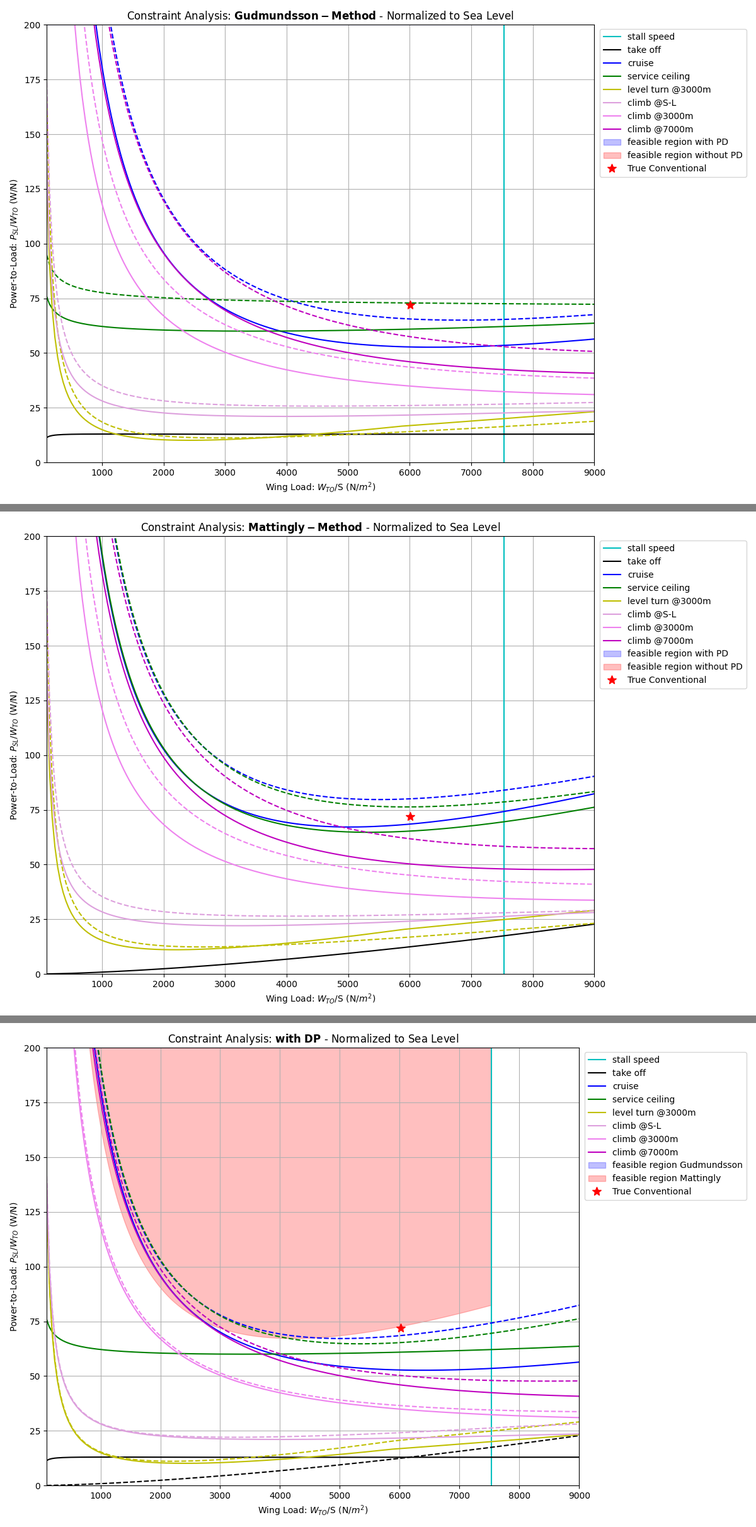
Repository: 12libao/DEA
Script's output: python Sizing_Method/ConstrainsAnalysis/ConstrainsAnalysisPD.py
An editor plug-in stored every save of this project. The script's output is shown before and after a run of saves, followed by the edit.
The pictures are shown at 63% of full size.
Each picture stacks the figures in order, with grey between them; figures that are only written to a file come last. Random numbers start from a fixed seed.

Above is the script's output before, as saved 2021-07-14 16:27:49.

### Sizing_Method/ConstrainsAnalysis/ConstrainsAnalysisPD.py
# author: Bao Li #
# Georgia Institute of Technology #
import sys
import os

sys.path.insert(0, os.getcwd())

import numpy as np
import matplotlib.pylab as plt
import Sizing_Method.Other.US_Standard_Atmosphere_1976 as atm
import Sizing_Method.Aerodynamics.ThrustLapse as thrust_lapse
import Sizing_Method.Aerodynamics.Aerodynamics as ad
import Sizing_Method.ConstrainsAnalysis.ConstrainsAnalysis as ca
from scipy.optimize import curve_fit

"""
The unit use is IS standard
"""
class ConstrainsAnalysis_Mattingly_Method_with_DP:
    """This is a power-based master constraints analysis"""

    def __init__(self, altitude, velocity, beta, wing_load, Hp=0.2, number_of_motor=12, C_DR=0):
        """

        :param beta: weight fraction
        :param Hp: P_motor/P_total
        :param n: number of motor
        :param K1: drag polar coefficient for 2nd order term
        :param K2: drag polar coefficient for 1st order term
        :param C_D0: the drag coefficient at zero lift
        :param C_DR: additional drag caused, for example, by external stores,
        braking parachutes or flaps, or temporary external hardware

        :return:
            power load: P_WTO
        """

        self.h = altitude
        self.v = velocity
        self.rho = atm.atmosphere(geometric_altitude=self.h).density()

        self.beta = beta
        self.hp = Hp
        self.n = number_of_motor

        # power lapse ratio
        self.alpha = thrust_lapse.thrust_lapse_calculation(altitude=self.h,
                                                           velocity=self.v).high_bypass_ratio_turbofan()

        self.k1 = ad.aerodynamics_without_pd(self.h, self.v).K1()
        self.k2 = ad.aerodynamics_without_pd(self.h, self.v).K2()
        self.cd0 = ad.aerodynamics_without_pd(self.h, self.v).CD_0()
        self.cdr = C_DR

        self.w_s = wing_load
        self.g0 = 9.80665

        self.coefficient = (1 - self.hp) * self.beta * self.v / self.alpha

        # Estimation of ΔCL and ΔCD
        pd = ad.aerodynamics_with_pd(self.h, self.v, Hp=self.hp, n=self.n, W_S=self.w_s)
        self.q = 0.5 * self.rho * self.v ** 2
        self.cl = self.beta * self.w_s / self.q
        # print(self.cl)
        self.delta_cl = pd.delta_lift_coefficient(self.cl)
        self.delta_cd0 = pd.delta_CD_0()

    def master_equation(self, n, dh_dt, dV_dt):
        cl = self.cl * n + self.delta_cl

        cd = self.k1 * cl ** 2 + self.k2 * cl + self.cd0 + self.cdr + self.delta_cd0
        p_w = self.coefficient * (self.q / (self.beta * self.w_s) * cd + dh_dt / self.v + dV_dt / self.g0)
        return p_w

    def cruise(self):
        p_w = ConstrainsAnalysis_Mattingly_Method_with_DP.master_equation(self, n=1, dh_dt=0, dV_dt=0)
        return p_w

    def climb(self, roc):
        p_w = ConstrainsAnalysis_Mattingly_Method_with_DP.master_equation(self, n=1, dh_dt=roc, dV_dt=0)
        return p_w

    def level_turn(self, turn_rate=3, v=100):
        """
        assume 2 min for 360 degree turn, which is 3 degree/seconds
        assume turn at 300 knots, which is about 150 m/s
        """
        load_factor = (1 + ((turn_rate * np.pi / 180) * v / self.g0) ** 2) ** 0.5
        p_w = ConstrainsAnalysis_Mattingly_Method_with_DP.master_equation(self, n=load_factor, dh_dt=0, dV_dt=0)
        return p_w

    def take_off(self):
        """
        A320neo take-off speed is about 150 knots, which is about 75 m/s
        required runway length is about 2000 m
        K_TO is a constant greater than one set to 1.2 (generally specified by appropriate flying regulations)
        """
        Cl_max_to = 2.3  # 2.3
        K_TO = 1.2  # V_TO / V_stall
        s_G = 1266
        p_w = 2 / 3 * self.coefficient / self.v * self.beta * K_TO ** 2 / (
                    s_G * self.rho * self.g0 * Cl_max_to) * self.w_s ** (
                      3 / 2)
        return p_w

    def stall_speed(self, V_stall_to=65, Cl_max_to=2.32):
        V_stall_ld = 62
        Cl_max_ld = 2.87

        a = 10
        w_s = 6000
        while a >= 1:
            cl = self.beta * w_s / self.q
            delta_cl = ad.aerodynamics_with_pd(self.h, self.v, Hp=self.hp, n=self.n, W_S=w_s).delta_lift_coefficient(cl)

            W_S_1 = 1 / 2 * self.rho * V_stall_to ** 2 * (Cl_max_to + delta_cl)
            W_S_2 = 1 / 2 * self.rho * V_stall_ld ** 2 * (Cl_max_ld + delta_cl)
            W_S = min(W_S_1, W_S_2)
            a = abs(w_s-W_S)
            w_s = W_S

        return W_S

    def service_ceiling(self, roc=0.5):
        p_w = ConstrainsAnalysis_Mattingly_Method_with_DP.master_equation(self, n=1, dh_dt=roc, dV_dt=0)
        return p_w

    allFuncs = [stall_speed, take_off,  cruise,
                service_ceiling, level_turn, climb]


class ConstrainsAnalysis_Gudmundsson_Method_with_DP:
    """This is a power-based master constraints analysis based on Gudmundsson_method"""

    def __init__(self, altitude, velocity, beta, wing_load, Hp=0.2, number_of_motor=12, e=0.75, AR=10.3):
        """

        :param tau: power fraction of i_th power path
        :param beta: weight fraction
        :param e: wing planform efficiency factor is between 0.75 and 0.85, no more than 1
        :param AR: wing aspect ratio, normally between 7 and 10

        :return:
            power load: P_WTO
        """

        self.h = altitude
        self.v = velocity
        self.beta = beta
        self.w_s = wing_load
        self.g0 = 9.80665

        self.hp = Hp
        self.n = number_of_motor

        self.rho = atm.atmosphere(geometric_altitude=self.h).density()

        # power lapse ratio
        self.alpha = thrust_lapse.thrust_lapse_calculation(altitude=self.h,
                                                           velocity=self.v).high_bypass_ratio_turbofan()
        h = 2.43  # height of winglets
        b = 35.8
        ar_corr = AR * (1 + 1.9 * h / b)  # equation 9-88, If the wing has winglets the aspect ratio should be corrected
        self.k = 1 / (np.pi * ar_corr * e)
        self.coefficient = (1-self.hp) * self.beta * self.v / self.alpha

        # Estimation of ΔCL and ΔCD
        pd = ad.aerodynamics_with_pd(self.h, self.v, Hp=self.hp, n=self.n, W_S=self.w_s)
        self.q = 0.5 * self.rho * self.v ** 2
        cl = self.beta * self.w_s / self.q
        self.delta_cl = pd.delta_lift_coefficient(cl)
        self.delta_cd0 = pd.delta_CD_0()

        # TABLE 3-1 Typical Aerodynamic Characteristics of Selected Classes of Aircraft
        cd_min = 0.02
        cd_to = 0.03
        cl_to = 0.8

        self.v_to = 68
        self.s_g = 1480
        self.mu = 0.04

        self.cd_min = cd_min + self.delta_cd0
        self.cl = cl + self.delta_cl

        self.cd_to = cd_to + self.delta_cd0
        self.cl_to = cl_to + self.delta_cl

    def cruise(self):
        p_w = self.q / self.w_s * (self.cd_min + self.k * self.cl ** 2)
        return p_w * self.coefficient

    def climb(self, roc):
        p_w = roc / self.v + self.q * self.cd_min / self.w_s + self.k * self.cl
        return p_w * self.coefficient

    def level_turn(self, turn_rate=3, v=100):
        """
        assume 2 min for 360 degree turn, which is 3 degree/seconds
        assume turn at 100 m/s
        """
        load_factor = (1 + ((turn_rate * np.pi / 180) * v / self.g0) ** 2) ** 0.5
        q = 0.5 * self.rho * v ** 2
        p_w = q / self.w_s * (self.cd_min + self.k * (load_factor / q * self.w_s + self.delta_cl) ** 2)
        return p_w * self.coefficient

    def take_off(self):
        q = self.q / 2
        p_w = self.v_to ** 2 / (2 * self.g0 * self.s_g) + q * self.cd_to / self.w_s + self.mu * (
                1 - q * self.cl_to / self.w_s)
        return p_w * self.coefficient

    def service_ceiling(self, roc=0.5):
        vy = (2 / self.rho * self.w_s * (self.k / (3 * self.cd_min)) ** 0.5) ** 0.5
        q = 0.5 * self.rho * vy ** 2
        p_w = roc / vy + q / self.w_s * (self.cd_min + self.k * (self.w_s / q + self.delta_cl) ** 2)
        # p_w = roc / (2 / self.rho * self.w_s * (self.k / (3 * self.cd_min)) ** 0.5) ** 0.5 + 4 * (
        #         self.k * self.cd_min / 3) ** 0.5
        return p_w * self.coefficient

    def stall_speed(self, V_stall_to=65, Cl_max_to=2.32):
        V_stall_ld = 62
        Cl_max_ld = 2.87

        a = 10
        w_s = 6000
        while a >= 1:
            cl = self.beta * w_s / self.q
            delta_cl = ad.aerodynamics_with_pd(
                self.h, self.v, Hp=self.hp, n=self.n, W_S=w_s).delta_lift_coefficient(cl)

            W_S_1 = 1 / 2 * self.rho * V_stall_to ** 2 * (Cl_max_to + delta_cl)
            W_S_2 = 1 / 2 * self.rho * V_stall_ld ** 2 * (Cl_max_ld + delta_cl)
            W_S = min(W_S_1, W_S_2)
            a = abs(w_s-W_S)
            w_s = W_S

        return W_S

    allFuncs = [stall_speed, take_off, cruise,
                service_ceiling, level_turn, climb]


if __name__ == "__main__":
    n = 200
    constrains_name = ['stall speed', 'take off',  'cruise', 'service ceiling', 'level turn @3000m',
                       'climb @S-L', 'climb @3000m', 'climb @7000m']
    constrains = np.array([[0, 80, 1], [0, 68, 0.988], [11300, 230, 0.948],
                           [11900, 230, 0.8], [3000, 100, 0.984], [0, 100, 0.984],
                           [3000, 200, 0.975], [7000, 230, 0.96]])
    color = ['c', 'k', 'b', 'g', 'y', 'plum', 'violet', 'm']
    label = ['feasible region with PD', 'feasible region with PD', 'feasible region Gudmundsson',
             'feasible region without PD', 'feasible region without PD', 'feasible region Mattingly']
    m = constrains.shape[0]

    for k in range(3):
        w_s = np.linspace(100, 9000, n)
        p_w = np.zeros([2 * m, n])
        plt.figure(figsize=(12, 8))
        for i in range(m):
            for j in range(n):
                h = constrains[i, 0]
                v = constrains[i, 1]
                beta = constrains[i, 2]

                if k == 0:
                    problem1 = ConstrainsAnalysis_Gudmundsson_Method_with_DP(h, v, beta, w_s[j])
                    problem2 = ca.ConstrainsAnalysis_Gudmundsson_Method(h, v, beta, w_s[j])
                    plt.title(r'Constraint Analysis: $\bf{Gudmundsson-Method}$ - Normalized to Sea Level')
                elif k == 1:
                    problem1 = ConstrainsAnalysis_Mattingly_Method_with_DP(h, v, beta, w_s[j])
                    problem2 = ca.ConstrainsAnalysis_Mattingly_Method(h, v, beta, w_s[j])
                    plt.title(r'Constraint Analysis: $\bf{Mattingly-Method}$ - Normalized to Sea Level')
                else:
                    problem1 = ConstrainsAnalysis_Gudmundsson_Method_with_DP(h, v, beta, w_s[j])
                    problem2 = ConstrainsAnalysis_Mattingly_Method_with_DP(h, v, beta, w_s[j])
                    plt.title(r'Constraint Analysis: $\bf{with}$ $\bf{DP}$ - Normalized to Sea Level')

                if i >= 5:
                    p_w[i, j] = problem1.allFuncs[-1](problem1, roc=15 - 5 * (i - 5))
                    p_w[i + m, j] = problem2.allFuncs[-1](problem2, roc=15 - 5 * (i - 5))
                else:
                    p_w[i, j] = problem1.allFuncs[i](problem1)
                    p_w[i + m, j] = problem2.allFuncs[i](problem2)

            if i == 0:
                l1a, = plt.plot(p_w[i, :], np.linspace(0, 250, n), color=color[i], label=constrains_name[i])
            elif i == m:
                l1b, = plt.plot(p_w[i + m, :], np.linspace(0, 250, n), color=color[i], linestyle='--')
                if k != 2:
                    l1 = plt.legend([l1a, l1b], ['with DP', 'without DP'], loc="upper right")
                else:
                    l1 = plt.legend([l1a, l1b], ['Gudmundsson method', 'Mattingly method'], loc="upper right")
            else:
                plt.plot(w_s, p_w[i, :], color=color[i], label=constrains_name[i])
                plt.plot(w_s, p_w[i + m, :], color=color[i], linestyle='--')

        w_s = np.linspace(100, p_w[0, 1], n)
        plt.fill_between(w_s, np.amax(p_w[0:m, :], axis=0), 200, color='b', alpha=0.25,
                         label=label[k])
        w_s = np.linspace(100, p_w[m, 1], n)
        plt.fill_between(w_s, np.amax(p_w[m+1:2 * m, :], axis=0), 200, color='r', alpha=0.25,
                         label=label[k + 3])
        plt.plot(6012, 72, 'r*', markersize=10, label='True Conventional')
        plt.xlabel('Wing Load: $W_{TO}$/S (N/${m^2}$)')
        plt.ylabel('Power-to-Load: $P_{SL}$/$W_{TO}$ (W/N)')
        plt.legend(bbox_to_anchor=(1.002, 1), loc="upper left")
        # plt.gca().add_artist(l1)
        plt.xlim(100, 9000)
        plt.ylim(0, 200)
        plt.tight_layout()
        plt.grid()
        plt.show()

### Sizing_Method/Other/US_Standard_Atmosphere_1976.py
# author: Bao Li #
# Georgia Institute of Technology #
"""Reference:

1: U.S. Standard Atmosphere, 1976, U.S. Government Printing Office, Washington, D.C., 1976.
2: Mattingly, Jack D., William H. Heiser, and David T. Pratt. Aircraft engine design. American Institute of Aeronautics and Astronautics, 2002.
3: https://en.wikipedia.org/wiki/U.S._Standard_Atmosphere
4: https://en.wikipedia.org/wiki/Barometric_formula
"""

import numpy as np
import matplotlib.pylab as plt


class atmosphere:
    """this is the U.S. Standard Atmosphere 1976 based on the Barometric formula

    1: All of the following is limited to geometric altitudes below 86 km
    2: SI Units
    """

    def __init__(self, geometric_altitude):
        """
        :input h (m): geometric altitude

        :output P (Pa = N/m^2): pressure
                T (K): temperature
                rho (kg/m^3): density
                a (m/s): sound speed

                delta: dimensionless static pressure = P/P0
                theta: dimensionless static temperature = T/T0
                sigma: dimensionless static density = rho/rho0
        """

        # input:
        self.h = geometric_altitude

        # constant:
        self.r0 = 6356577.0  # the earth's radius (m)
        self.R_star = 8.3144598  # universal gas constant (J/mol.K)
        self.g0 = 9.80665  # gravitational acceleration (m/s^2)
        self.M = 0.0289644  # molar mass of Earth's air (kg/mol)

        # sea level (standard)
        self.T0 = 288.15  # sea level temperature (K)
        self.P0 = 101325  # sea level pressure (N/m^2)
        self.rho0 = 1.225  # sea level density (kg/m^3)
        self.a0 = 340.3  # sea level sound speed (m/s)

        # temperature lapse rate (K/m)
        self.lapse_rate = np.array([-0.0065, 0.0, 0.001, 0.0028, 0.0, -0.0028, -0.002])
        # height above sea level for each lapse rate (m)
        self.zi = np.array([0.0, 11000.0, 20000.0, 32000.0, 47000.0, 51000.0, 71000.0, 84853.0])
        # number of piecewise linear curve-fit
        self.n = len(self.lapse_rate)

    def geo_potential_altitude(self):
        z = self.r0 * self.h / (self.r0 + self.h)

        # decide the number of piecewise linear curve-fit
        i = 0
        while self.zi[i] < z:
            i = i + 1

        if i != 0:
            i = i - 1
        return z, i

    def ti(self):
        Ti = np.zeros(self.n)
        Ti[0] = self.T0

        for i in range(self.n - 1):
            Ti[i + 1] = Ti[i] + self.lapse_rate[i] * (self.zi[i + 1] - self.zi[i])
        return Ti

    def temperature(self):
        z, i = atmosphere.geo_potential_altitude(self)
        Ti = atmosphere.ti(self)
        T = Ti[i] + self.lapse_rate[i] * (z - self.zi[i])
        return T

    def pressure(self):
        Ti = atmosphere.ti(self)
        Pi = np.zeros(self.n)
        Pi[0] = self.P0

        for i in range(self.n - 1):
            if self.lapse_rate[i] != 0:
                Pi[i + 1] = Pi[i] * (Ti[i] / Ti[i + 1]) ** (self.g0 * self.M / (self.R_star * self.lapse_rate[i]))
            else:
                Pi[i + 1] = Pi[i] * np.exp(-self.g0 * self.M * (self.zi[i + 1] - self.zi[i]) / (self.R_star * Ti[i]))

        z, i = atmosphere.geo_potential_altitude(self)
        T = atmosphere.temperature(self)

        if self.lapse_rate[i] != 0:
            P = Pi[i] * (Ti[i] / T) ** (self.g0 * self.M / (self.R_star * self.lapse_rate[i]))
        else:
            P = Pi[i] * np.exp(-self.g0 * self.M * (z - self.zi[i]) / (self.R_star * Ti[i]))
        return P

    def density(self):
        P = atmosphere.pressure(self)
        T = atmosphere.temperature(self)
        rho = P * self.M / (self.R_star * T)
        return rho

    def sound_speed(self):
        T = atmosphere.temperature(self)
        a = self.a0 * (T / self.T0) ** 0.5
        return a

    def dimensionless_static_pressure(self):
        P = atmosphere.pressure(self)
        delta = P / self.P0
        return delta

    def dimensionless_static_temperature(self):
        T = atmosphere.temperature(self)
        theta = T / self.T0
        return theta

    def dimensionless_static_density(self):
        rho = atmosphere.density(self)
        sigma = rho / self.rho0
        return sigma


if __name__ == '__main__':
    nn = 1000

    h = np.linspace(0, 86000, nn)
    T = np.zeros(nn)
    P = np.zeros(nn)
    rho = np.zeros(nn)
    a = np.zeros(nn)

    for i in range(nn):
        prob = atmosphere(geometric_altitude=h[i])
        T[i] = prob.temperature()
        P[i] = prob.pressure()
        rho[i] = prob.density()
        a[i] = prob.sound_speed()

    fig, ax = plt.subplots(1, 4, figsize=(12, 10))
    st = fig.suptitle("U.S. STANDARD ATMOSPHERE (1976)", fontsize=20)

    ax[0].plot(T, h / 1000, 'b-', linewidth=1.5, label='cruise')
    ax[0].set_xlabel('Temperature: T (K)')
    ax[0].set_ylabel('Altitude: h (km)')

    ax[1].plot(a, h / 1000, 'y-', linewidth=1.5, label='turn')
    ax[1].set_xlabel('Sound Speed: a (m/s)')

    ax[2].plot(P, h / 1000, 'k-', linewidth=1.5, label='constant speed climb')
    ax[2].set_xlabel('Pressure: P (N/${m^2}$)')

    ax[3].plot(rho, h / 1000, 'g-', linewidth=1.5, label='turn')
    ax[3].set_xlabel('Density: rho (Kg/${m^3}$)')

    # shift subplots down:
    st.set_y(0.96)
    fig.subplots_adjust(top=0.90)
    plt.show()

### Sizing_Method/Aerodynamics/ThrustLapse.py
# author: Bao Li #
# Georgia Institute of Technology #
"""reference

1. Mattingly, Jack D., William H. Heiser, and David T. Pratt. Aircraft engine design. American Institute of Aeronautics and Astronautics, 2002.
"""
import sys
import os

sys.path.insert(0, os.getcwd())

import numpy as np
import matplotlib.pylab as plt
import Sizing_Method.Other.US_Standard_Atmosphere_1976 as atm
import Sizing_Method.Aerodynamics.MachNmuber as Mach


class thrust_lapse_calculation:
    """Estimation for installation losses

    1. The following algebraic equations for installed engine thrust lapse
        are based on the expected performance of advanced engines
    """

    def __init__(self, altitude, velocity):
        """

        :input h (m): altitude
               v (m/s): velocity


        :output thrust_lapse (alpha): thrust lapse ratio
        """

        self.h = altitude
        self.v = velocity

        self.gamma = 1.4  # Ratio of Specific Heats: atmospheric air ( gamma = 1.4)
        self.atoms = atm.atmosphere(self.h)
        self.M = Mach.mach(self.h, self.v).mach_number()

        self.theta = self.atoms.dimensionless_static_temperature()  # dimensionless static temperature
        self.delta = self.atoms.dimensionless_static_pressure()  # dimensionless static pressure

        self.theta_0_break = 1.072  # The Theta Break: assume = 1.0 (from reference 1: Mattingly)
        self.TR = self.theta_0_break  # The Throttle Ratio (from Equation D.6 reference 1: Mattingly)

        self.theta_0 = self.theta * (1 + 0.5 * (self.gamma - 1) * self.M ** 2)
        self.delta_0 = self.delta * (1 + 0.5 * (self.gamma - 1) * self.M ** 2) ** (self.gamma / (self.gamma - 1))

    def high_bypass_ratio_turbofan(self):
        """the engine for A320neo is a high bypass ratio turbofan

        from Equation 2.53 reference 1: Mattingly
        """

        if self.theta_0 <= self.TR:
            thrust_lapse = self.delta_0 * (1 - 0.49 * self.M ** 0.5)
        else:
            thrust_lapse = self.delta_0 * (1 - 0.49 * self.M ** 0.5 - 3 * (self.theta_0 - self.TR) / (1.5 + self.M))

        return thrust_lapse


if __name__ == '__main__':
    nn = 100
    h = [0, 500, 3000, 6000, 9000, 12000]
    v = np.linspace(0, 340, nn)
    m = np.zeros([len(h), nn])
    thrust_lapse = np.zeros([len(h), nn])

    for i in range(len(h)):
        for j in range(nn):
            m[i, j] = Mach.mach(h[i], v[j]).mach_number()
            thrust_lapse[i, j] = thrust_lapse_calculation(h[i], v[j]).high_bypass_ratio_turbofan()

    plt.figure(figsize=(8, 6))

    for i in range(len(h)):
        plt.plot(m[i, :], thrust_lapse[i, :], label=h[i])

    plt.xlabel('Mach Number')
    plt.ylabel('Thrust Ratio, T/$T_{SL}$')
    plt.title('High Bypass Turbofan Thrust Ratio versus Mach Number \n'
              'Throttle Ratio = 1.072, ISA. \n'
              'Altitude unit: meter')
    plt.xlim(0, 1)
    plt.ylim(0, 1.2)
    plt.legend(loc=0)
    plt.grid()
    plt.show()

### Sizing_Method/Aerodynamics/MachNmuber.py
# author: Bao Li #
# Georgia Institute of Technology #
import sys
import os

sys.path.insert(0, os.getcwd())

import numpy as np
import matplotlib.pylab as plt
import Sizing_Method.Other.US_Standard_Atmosphere_1976 as atm


class mach:
    """Mach Number"""

    def __init__(self, altitude, velocity):
        """

        :input h (m): altitude
               v (m/s): velocity

        :output a: Mach number
        """
        self.h = altitude
        self.v = velocity
        self.atoms = atm.atmosphere(self.h)

    def mach_number(self):
        a = self.v / self.atoms.sound_speed()
        return a

Loaded but not shown: Sizing_Method/ConstrainsAnalysis/ConstrainsAnalysis.py (274 lines, source omitted); Sizing_Method/Aerodynamics/Aerodynamics.py (177 lines, source omitted)

After the next 3 saves:
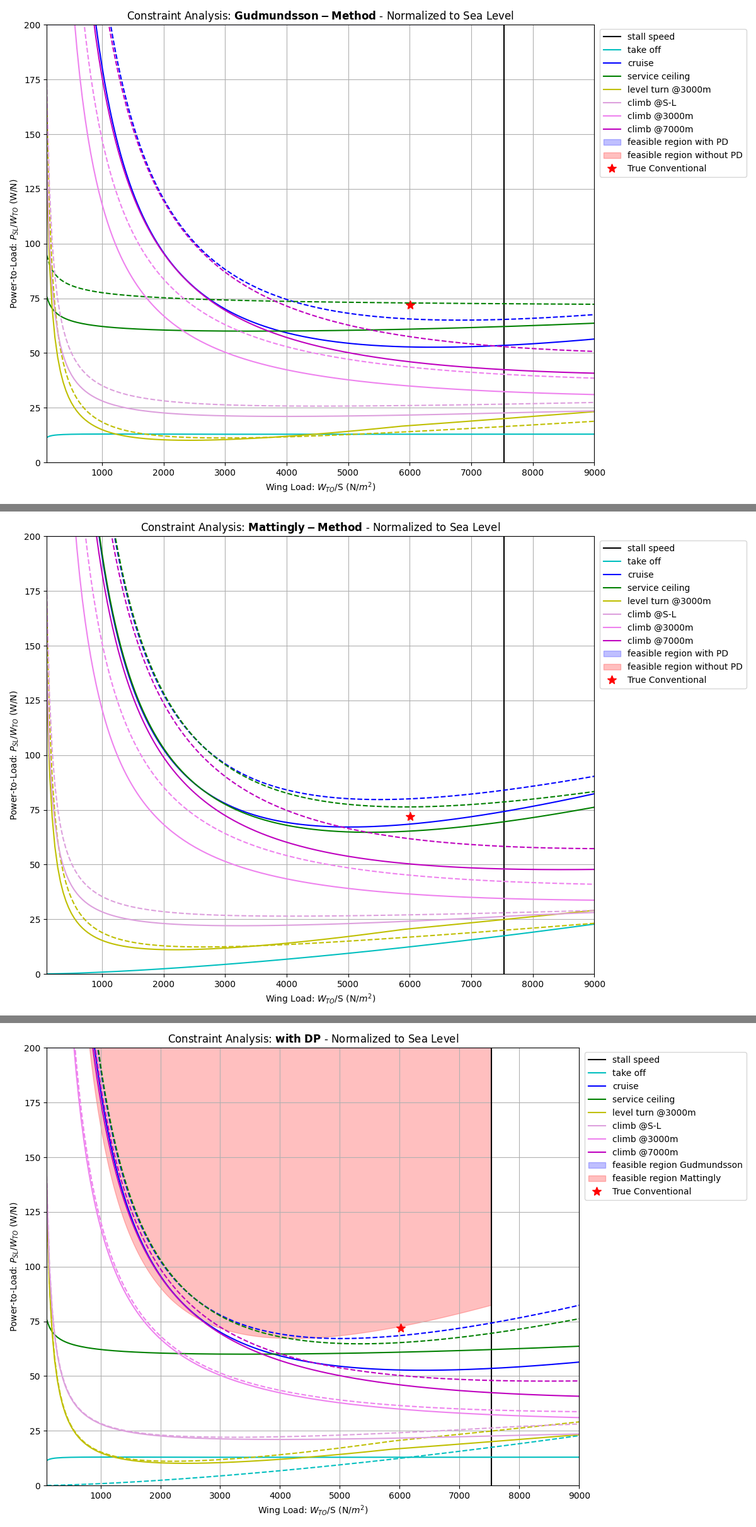
The 3 saves are shown as one change because they came seconds apart.
The last was saved 9 s later.
--- a/Sizing_Method/ConstrainsAnalysis/ConstrainsAnalysisPD.py
+++ b/Sizing_Method/ConstrainsAnalysis/ConstrainsAnalysisPD.py
@@ -248,7 +248,7 @@ if __name__ == "__main__":
     constrains = np.array([[0, 80, 1], [0, 68, 0.988], [11300, 230, 0.948],
                            [11900, 230, 0.8], [3000, 100, 0.984], [0, 100, 0.984],
                            [3000, 200, 0.975], [7000, 230, 0.96]])
-    color = ['c', 'k', 'b', 'g', 'y', 'plum', 'violet', 'm']
+    color = ['k', 'c', 'b', 'g', 'y', 'plum', 'violet', 'm']
     label = ['feasible region with PD', 'feasible region with PD', 'feasible region Gudmundsson',
              'feasible region without PD', 'feasible region without PD', 'feasible region Mattingly']
     m = constrains.shape[0]
